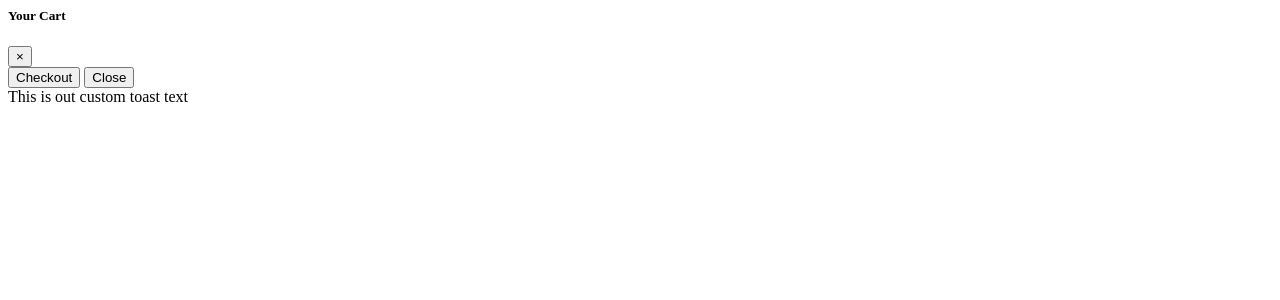
Repository: neerajchavan/E-Commerce-Project
Page: http://localhost/E-Commerce-Project/Components/Common_Modals.jsp
The author's editor kept a copy of each file at every save. The page is drawn from the files as they stood at one save, then again after the next save.
The browser window is 1280 px wide. The pictures show the whole page.
The page is served by Tomcat 9. Other server files are loaded and not shown.

Above is the page before, as saved 2020-10-24 03:14:25.

### E-Commerce-Project/WebContent/Components/Common_Modals.jsp

<!-- Modal -->
<div class="modal fade" id="cart" tabindex="-1" aria-labelledby="exampleModalLabel" aria-hidden="true">
  <div class="modal-dialog modal-lg">
    <div class="modal-content">
      <div class="modal-header">
        <h5 class="modal-title" id="exampleModalLabel">Your Cart</h5>
        <button type="button" class="close" data-dismiss="modal" aria-label="Close">
          <span aria-hidden="true">&times;</span>
        </button>
      </div>
      <div class="modal-body">
        <div class="cart-body"></div>
      </div>
      <div class="modal-footer">
        <button type="button" class="btn btn-secondary checkout-btn" data-dismiss="modal">Checkout</button>
        <button type="button" class="btn btn-primary">Close</button>
      </div>
    </div>
  </div>
</div>


<div id="toast">This is out custom toast text</div>

After the next save:
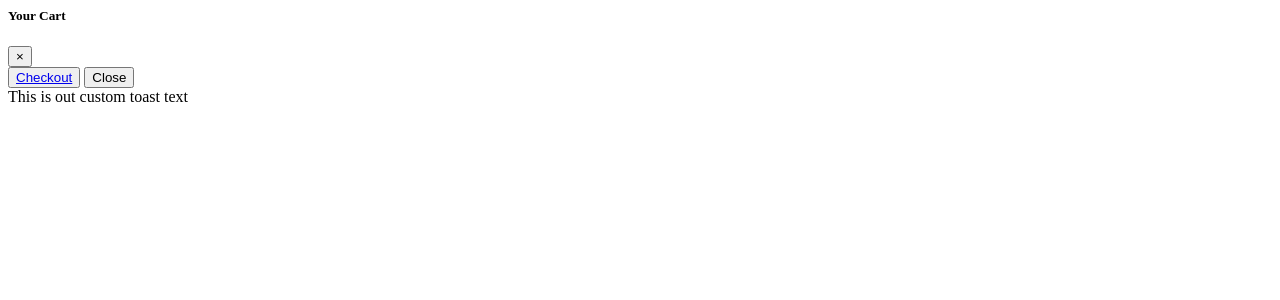
Saved 2 min 1 s later.
--- a/E-Commerce-Project/WebContent/Components/Common_Modals.jsp
+++ b/E-Commerce-Project/WebContent/Components/Common_Modals.jsp
@@ -13,7 +13,7 @@
         <div class="cart-body"></div>
       </div>
       <div class="modal-footer">
-        <button type="button" class="btn btn-secondary checkout-btn" data-dismiss="modal">Checkout</button>
+        <button type="button" class="btn btn-secondary checkout-btn" data-dismiss="modal"><a href="Checkout.jsp">Checkout</a></button>
         <button type="button" class="btn btn-primary">Close</button>
       </div>
     </div>

After the 2 saves that followed:
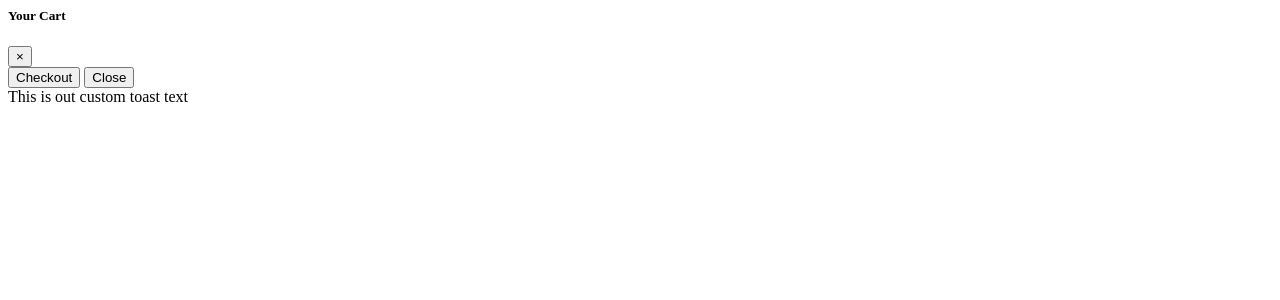
The 2 saves are shown as one change because 1 left the picture as it was.
The last was saved 78 s later.
--- a/E-Commerce-Project/WebContent/Components/Common_Modals.jsp
+++ b/E-Commerce-Project/WebContent/Components/Common_Modals.jsp
@@ -13,7 +13,7 @@
         <div class="cart-body"></div>
       </div>
       <div class="modal-footer">
-        <button type="button" class="btn btn-secondary checkout-btn" data-dismiss="modal"><a href="Checkout.jsp">Checkout</a></button>
+        <button type="button" class="btn btn-secondary checkout-btn" data-dismiss="modal" onclick="goToCheckOut">Checkout</button>
         <button type="button" class="btn btn-primary">Close</button>
       </div>
     </div>
